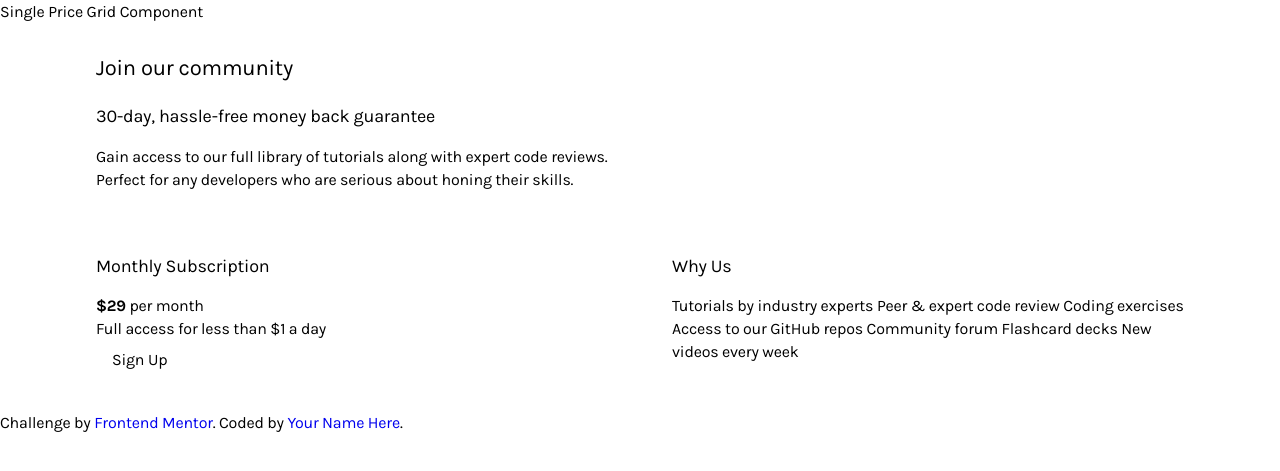
Repository: bangjuyoung/bangjuyoung
Page: practice/frontend-mentor/single-price-grid-component/index.html
These files come from the project's save history. The page is drawn as it stood at one moment and after the next save; the edit follows.
The browser window is 1280 px wide. The pictures show the whole page.

Above is the page before, as saved 2019-06-16 13:10:02.

### practice/frontend-mentor/single-price-grid-component/index.html
<!DOCTYPE html>
<html lang="en">

<head>
  <meta charset="UTF-8">
  <meta name="viewport" content="width=device-width, initial-scale=1.0">
  <title>Frontend Mentor | Single Price Grid Component</title>
  <link rel="icon" type="image/png" sizes="32x32" href="./images/favicon-32x32.png">
  <link rel="stylesheet" href="../../../assets/css/base.css">
  <link href="https://fonts.googleapis.com/css?family=Karla:400,700&display=swap" rel="stylesheet">
  <link rel="stylesheet" href="./default.css">
</head>

<body>
  <main role="main">
    <h1>Single Price Grid Component</h1>
    <article class="single-price__wrapper">

      <section class="single-price__primary single-price">
        <div class="single-price__body">
          <h2 class="single-price__title">Join our community</h2>
          <h3 class="single-price__subtitle">30-day, hassle-free money back guarantee</h3>
          <p>Gain access to our full library of tutorials along with expert code reviews.</p>
          <p>Perfect for any developers who are serious about honing their skills.</p>
        </div>
      </section>

      <div class="single-price__secondary">
        <section class="single-price">
          <div class="single-price__body">
            <h3 class="single-price__subtitle">Monthly Subscription</h3>
            <p><strong>&dollar;29</strong> per month</p>
            <p>Full access for less than &dollar;1 a day</p>
            <a class="btn btn-secondary btn-block">Sign Up</a>
          </div>
        </section>

        <section class="single-price">
          <div class="single-price__body">
            <h4 class="single-price__subtitle">Why Us</h4>
            <p>
              Tutorials by industry experts
              Peer &amp; expert code review
              Coding exercises
              Access to our GitHub repos
              Community forum
              Flashcard decks
              New videos every week
            </p>
          </div>
        </section>
      </div>

    </article>
  </main>


  <footer role="contentinfo">
    <p class="attribution">
      Challenge by <a href="https://www.frontendmentor.io?ref=challenge" target="_blank" rel="noopener">Frontend
        Mentor</a>.
      Coded by <a href="#">Your Name Here</a>.
    </p>
  </footer>
</body>

</html>

### assets/css/base.css
@charset "UTF-8";

/*
// Base
//
// Normalization of HTML elements, manually forked from Normalize.css to remove
// styles targeting irrelevant browsers while applying new styles.
//
// Normalize is licensed MIT. https://github.com/necolas/normalize.css
*/

/*
 * Document
 */

*,
*::before,
*::after {
  /* padding 과 border 가 요소 너비에 포함되도록 설정 */
  box-sizing: border-box;
}

html {
  /* 모든 브라우저에 기본 폰트 및 line-height 설정 */
  font-family: sans-serif;
  line-height: 1.15;
  /* window 폰의 IE 나 iOS 에서 방향 변경시 폰트 사이즈 수정되는 현상 막음 */
  -webkit-text-size-adjust: 100%;
  /* @viewport 설정시 IE11 과 Edge 에서 스크롤바가 컨텐트에 겹치므로 겹치지 않고 자동 숨김 되지 않도록 강제 */
  -ms-overflow-style: scrollbar;
  /* iOS 에서 완전히 투명으로 보이기 위해 기본 탭 하이라이트 변경 */
  -webkit-tap-highlight-color: rgba(0, 0, 0, 0);
}

/* IE10 이하 및 오래된 브라우저에서 새 HTML5 요소들 맞게 표시 */
article,
aside,
figcaption,
figure,
footer,
header,
hgroup,
main,
nav,
section {
  display: block;
}

/* 여백 초기화 */
body,
h1,
h2,
h3,
h4,
h5,
h6,
p,
ol,
ul,
dl,
blockquote,
pre,
figure,
input,
button,
select,
optgroup,
textarea,
fieldset {
  margin: 0;
}

/*
 * Body
 */

/*
  -apple-system, // Safari for OS X and iOS (San Francisco)
  BlinkMacSystemFont, // Chrome < 56 for OS X (San Francisco)
  "Segoe UI", // Windows
  "Roboto", // Android
  "Helvetica Neue", Arial, sans-serif, // Basic web fallback
  "Apple Color Emoji", "Segoe UI Emoji", "Segoe UI Symbol" !default; // Emoji fonts
 */

body {
  font-family: -apple-system, BlinkMacSystemFont, 'Segoe UI', Roboto,
    'Helvetica Neue', Arial, Noto Sans, sans-serif, 'Apple Color Emoji',
    'Segoe UI Emoji', 'Segoe UI Symbol', 'Noto Color Emoji';
  font-size: 1rem;
  font-weight: 400;
  line-height: 1.5;
  /* 명시적으로 기본값을 지정해 하위 요소들이 상속 받을 수 있게 함 */
  text-align: left;
  /* 기본 배경색 지정 */
  background-color: #fff;
}

body,
input,
textarea,
select,
button {
  font-synthesis: none;
  -moz-font-feature-settings: 'kern';
  -webkit-font-smoothing: antialiased;
  -moz-osx-font-smoothing: grayscale;
}

/*
 * Future-proof rule: in browsers that support :focus-visible,
 * focus outline 을 표시하지 않는 요소에 프로그램적으로 포커스가 갔을때 focus outline 숨김
 *
 * See https://developer.mozilla.org/en-US/docs/Web/CSS/:focus-visible
 * and https://developer.paciellogroup.com/blog/2018/03/focus-visible-and-backwards-compatibility/
 */
[tabindex='-1']:focus:not(:focus-visible) {
  outline: 0 !important;
}

/*
 * Content grouping
 *
 */

hr {
  box-sizing: content-box;
  height: 0;
  /* Edge와 ie에서 overflow 표시 */
  overflow: visible;
}

/*
 * Typography
 */

h1,
h2,
h3,
h4,
h5,
h6 {
  font-size: inherit;
  font-weight: inherit;
}

/*
 * Abbreviations
 */

abbr[title] {
  /* Chrome, Edge, IE, Opera, 그리고 Safari 에서 테스트 표시줄 스타일 정정 */
  text-decoration: underline;
  text-decoration: underline dotted;
  /* 바뀐 행위를 나타내기 위해 명시적으로 커서를 추가 */
  cursor: help;
  /* Firefox 39이하에서 나타나는 테스트 하단 테투리 제거 */
  border-bottom: 0;
  /* 텍스트 표시줄이 건너뛰지 않도록 설정 */
  text-decoration-skip-ink: none;
}

address {
  font-style: normal;
  line-height: inherit;
}

b,
strong {
  /* Chrome, Edge, 그리고 Safari 에서 올바른 글자 굵기 정정 */
  font-weight: bolder;
}

small {
  /* 모든 브라우저에서 글자 크기 정정 */
  font-size: 85%;
}

/*
 * 모든 브라우저에서 sub 과 sup 요소들이 즐 간격 영향 받지 않도록 설정
 */

sub,
sup {
  position: relative;
  font-size: 75%;
  line-height: 0;
  vertical-align: baseline;
}

sub {
  bottom: -0.25em;
}

sup {
  top: -0.5em;
}

/*
 * Links
 */

a {
  text-decoration: none;
  /* IE 10 에서 현재 열려 있는 링크에 나타나는 회색배경색을 제거 */
  background-color: transparent;
}

a:hover {
  text-decoration: underline;
}

/*
 * tablindex 없이는 명시적으로 키보드 포커스가 가능하지 않도록 href 속성이 없는 플레이스 홀더 링크/네임 앵커에 대한 스타일 재지정
 * 단순히 a[href] 로 스타일 지정이 간단할 수 있지만, 많은 다른 스타일내에서 고치기엔 복잡한 특정 이슈 유발 가능성 존재
 * See https://github.com/twbs/bootstrap/issues/19402
 */

a:not([href]):not([tabindex]) {
  color: inherit;
  text-decoration: none;
}

a:not([href]):not([tabindex]):hover,
a:not([href]):not([tabindex]):focus {
  color: inherit;
  text-decoration: none;
}

a:not([href]):not([tabindex]):focus {
  outline: 0;
}

/*
 * Code
 */

pre,
code,
kbd,
samp {
  font-family: SFMono-Regular, Menlo, Monaco, Consolas, 'Liberation Mono',
    'Courier New', monospace;
  /* 모든 브라우저에서 이상한 em 글자 크기 정정 */
  font-size: 1em;
}

pre {
  /* 바깥 영역을 깨지 않도록 내용 영역 오버플로우 설정 */
  overflow: auto;
  /* IE11 와 Edge 에서 @viewport 설정시 스크롤바가 내용을 덮는 현상에서 내용 덮지 않고 자동으로 숨겨지지 않도록 재지정  */
  -ms-overflow-style: scrollbar;
}

/*
 * Images and content
 */

img {
  vertical-align: middle;
  /* IE10 이하에서 링크 내 이미지 요소들에 테두리 제거 */
  border-style: none;
}

svg {
  /*
     * IE10/11 에서 오버플로우 되는 버그로 인해 필요
     * See https://github.com/twbs/bootstrap/issues/26878
     */
  overflow: hidden;
  vertical-align: middle;
}

/*
 * Tables
 */

table {
  /* Prevent double borders 테두리들이 맞 닿았을 때 합쳐지도록 설정 */
  border-collapse: collapse;
}

/* body 요소나 가장 가까운 부모로 부터 지정된 텍스트 정렬 요소를 상속해 td 요소 정렬과 일치 */
caption,
th {
  text-align: inherit;
}

/*
 * Forms
 */

/*
 * macOS Chrome 에서 추가되는 기본 border-radius  제거
 * Details at https://github.com/twbs/bootstrap/issues/24093
 */
button {
  border-radius: 0;
}

/* Firefox/IE 에서 button 배경색이 투명일 때 기본 button 포커스 스타일이 손실되는 버그 피함
 * Credit: https://github.com/suitcss/base/
 */
button:focus {
  outline: 1px dotted;
  outline: 5px auto -webkit-focus-ring-color;
}

input,
button,
select,
optgroup,
textarea {
  font-family: inherit;
  font-size: inherit;
  line-height: inherit;
}

button,
input {
  /* Edge 에서 overflow 보임  */
  overflow: visible;
}

button,
select {
  /* Firefox 에서 텍스트 변형 상속되는 것을 제거 */
  text-transform: none;
}

/* 1. Android 4 에서 기본 audio 와 video 컨트롤이 제거되는 WebKit 버그 제거 */
button,
[type="button"],
/* 1 */
[type="reset"],
[type="submit"] {
  /* iOS 와 Safari 에서 클릭 가능한 타입으로 스타일 정정  */
  -webkit-appearance: button;
}

/* Firefox 에서 안쪽 테두리와 여백 제거하고 Normalize 처럼 outline 을 복원하지 않음 */
button::-moz-focus-inner,
[type='button']::-moz-focus-inner,
[type='reset']::-moz-focus-inner,
[type='submit']::-moz-focus-inner {
  padding: 0;
  border-style: none;
}

/* IE 10 이하에서 box sizing 정정 추가 및 padding 제거 */
input[type='radio'],
input[type='checkbox'] {
  box-sizing: border-box;
  padding: 0;
}

input[type='date'],
input[type='time'],
input[type='datetime-local'],
input[type='month'] {
  /* Mobile Safari 에서 line-height 설정시 텍스트가 input 내 수직 중양 정렬되지 않는 버그를 피하기 위해 시간 input 기본 모양 제거
    // See https://bugs.webkit.org/show_bug.cgi?id=139848
    // and https://github.com/twbs/bootstrap/issues/11266
    */
  -webkit-appearance: listbox;
}

textarea {
  /* IE 에서 기본 수직 스크롤바 제거 */
  overflow: auto;
  /* textarea 는 수직으로만 리사이즈 되도록 설정 */
  resize: vertical;
}

fieldset {
  /*
     * fieldsets 은 min-width이 min-content 로 일반 블록 요소처럼 min-width 재지정
     * See https://github.com/twbs/bootstrap/issues/12359
     * and https://html.spec.whatwg.org/multipage/#the-fieldset-and-legend-elements
     * 페이지 레이아웃에 영향을 주지 않도록 기본 스타일 리셋
     */
  min-width: 0;
  padding: 0;
  border: 0;
}

/* 1. Edge 와 IE 에서 텍스트 래핑 정정 */
legend {
  display: block;
  width: 100%;
  /* 1 */
  max-width: 100%;
  margin-bottom: 0.5rem;
  padding: 0;
  font-size: 1.5rem;
  /* IE 에서 fieldset 요소로 부터 색상 상속하도록 정정 */
  color: inherit;
  line-height: inherit;
  /* 1 */
  white-space: normal;
}

progress {
  /* Chrome, Firefox, Opera 에서 vertical alignment 스타일 추가 */
  vertical-align: baseline;
}

[type='number']::-webkit-inner-spin-button,
[type='number']::-webkit-outer-spin-button {
  /* Chrome 에서 증감 버튼 커서 스타일 정정 */
  height: auto;
}

[type='search'] {
  /*
     * iOS 에서 검색 input 의 추가적인 둥근 코너를 오버라이드하여
     * 기본 form-control 클래스 스타일이 적절히 스타일 적용될 수 있도록 함
     * https://github.com/twbs/bootstrap/issues/11586.
     * Safari 에서 outline 스타일 정정
     */
  outline-offset: -2px;
  -webkit-appearance: none;
}

/*
 * macOS 에서 Chrome 과 Safari 에서 안쪽 여백 제거
 */

[type='search']::-webkit-search-decoration {
  -webkit-appearance: none;
}

::-webkit-file-upload-button {
  font: inherit;
  /* iOS 와 Safari 에서 클릭가능한 타입으로 정정 */
  -webkit-appearance: button;
}

/*
* 요소 디스플레이 정정
*/

output {
  display: inline-block;
}

summary {
  /* 모든 브라우저에서 적절한 디스플레이 속성 추가 */
  display: list-item;
  cursor: pointer;
}

template {
  /* IE에서 필요 */
  display: none;
}

[hidden] {
  /* hidden 속성을 가진 HTML 요소는 항상 숨김 (from PureCSS), IE 10 이하에서 필요 */
  display: none !important;
}

### practice/frontend-mentor/single-price-grid-component/default.css
@charset "UTF-8";

html {
    font-size: 15px;
}

body {
    font-family: 'Karla', sans-serif;
    letter-spacing: -0.013em;
    line-height: 1.44;
}

@media (min-width: 48rem) {
    html {
        font-size: 16px;
    }
}

.btn {
    display: inline-block;
    padding: 0.5rem 1rem;
}

.btn-block {
    width: 100%;
}

.btn--float {
    box-shadow: 0 2px 4px rgba(0, 0, 0, 0.12);
}


/*
 * single-price
 */
.single-price__wrapper {
    max-width: 36rem;
    margin-left: auto;
    margin-right: auto;
}

.single-price__body {
    padding: 2rem;
}

@media (min-width: 74rem) {
    .single-price__wrapper {
        max-width: 72rem;
    }

    .single-price__secondary::after {
        content: '';
        display: block;
        clear: both;
    }

    .single-price__secondary .single-price {
        float: left;
        width: 50%;
    }
}

.single-price__title {
    margin-bottom: 1.5rem;
    font-size: 1.375rem;
    line-height: 1.2;
}

.single-price__subtitle {
    margin-bottom: 1rem;
    font-size: 1.125rem;
    line-height: 1.3;
}


/*
 * theme
 */
.text-primary {
    color: hsl(179, 62%, 43%);
}

.text-primary--gray {
    color: hsl(218, 22%, 67%);
}

.text-sedondary {
    color: hsl(71, 73%, 54%);
}

.text-gray--pale {
    color: hsl(204, 43%, 93%);
}

After the next save:
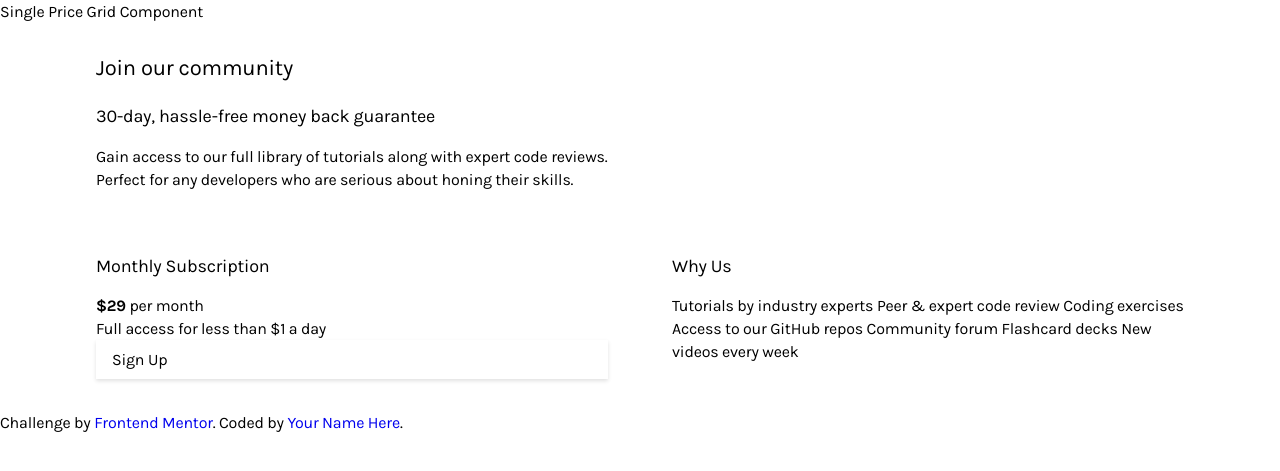
Saved 11 s later.
--- a/practice/frontend-mentor/single-price-grid-component/index.html
+++ b/practice/frontend-mentor/single-price-grid-component/index.html
@@ -31,7 +31,7 @@
             <h3 class="single-price__subtitle">Monthly Subscription</h3>
             <p><strong>&dollar;29</strong> per month</p>
             <p>Full access for less than &dollar;1 a day</p>
-            <a class="btn btn-secondary btn-block">Sign Up</a>
+            <a class="btn btn-secondary btn-block btn--float">Sign Up</a>
           </div>
         </section>
 
